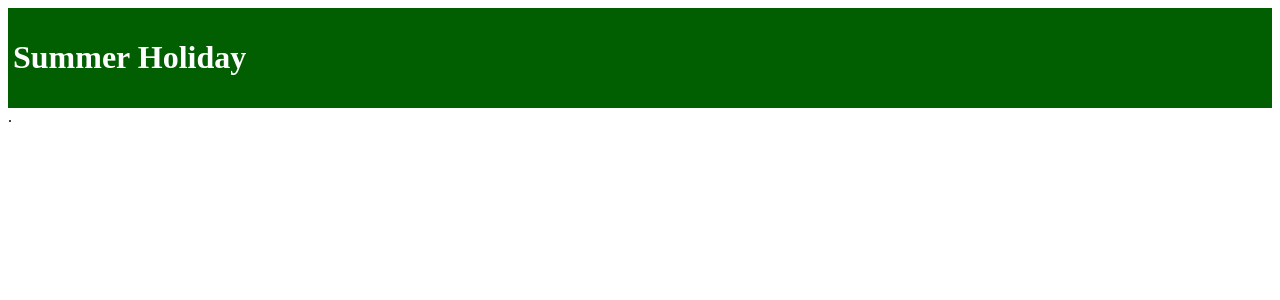
Repository: Lehuyhuynh/BT1-CSS
Page: index.html
An editor plug-in stored every save of this project. The page is shown before and after a run of saves, followed by the edit.
The browser window is 1280 px wide. The pictures show the whole page.

Above is the page before, as saved 2023-08-16 14:28:56.

After the next 2 saves:
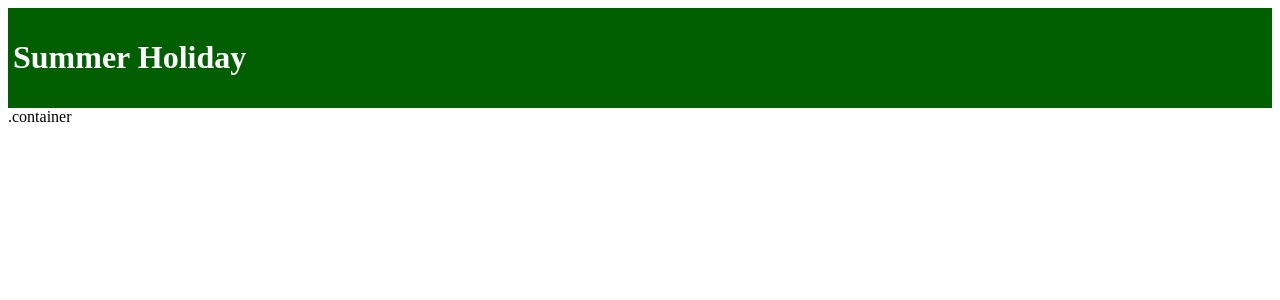
The 2 saves are shown as one change because they came seconds apart.
The last was saved 62 s later.
--- a/index.html
+++ b/index.html
@@ -12,7 +12,7 @@
       <h1> Summer Holiday</h1>
     </div>
 
-    .
+    .container
   </div>
 
 </body>

After the 4 saves that followed:
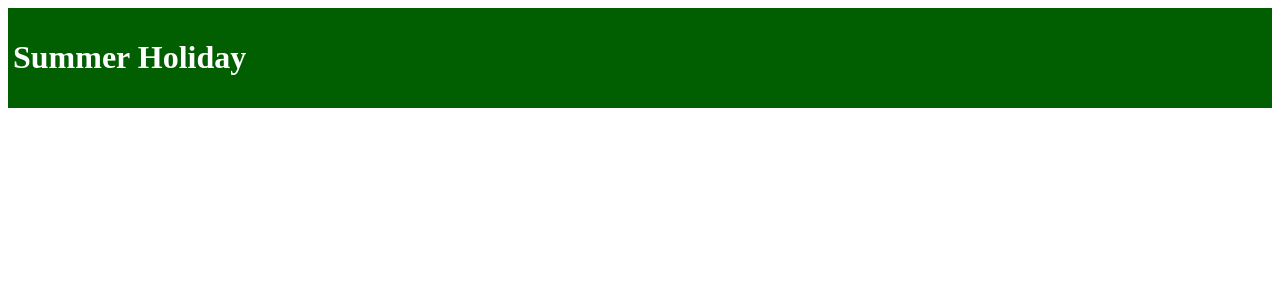
The 4 saves are shown as one change because they came seconds apart.
The last was saved 11 s later.
--- a/index.html
+++ b/index.html
@@ -12,7 +12,11 @@
       <h1> Summer Holiday</h1>
     </div>
 
-    .container
+    <div class="container">
+      <div class="list">
+
+      </div>
+    </div>
   </div>
 
 </body>
